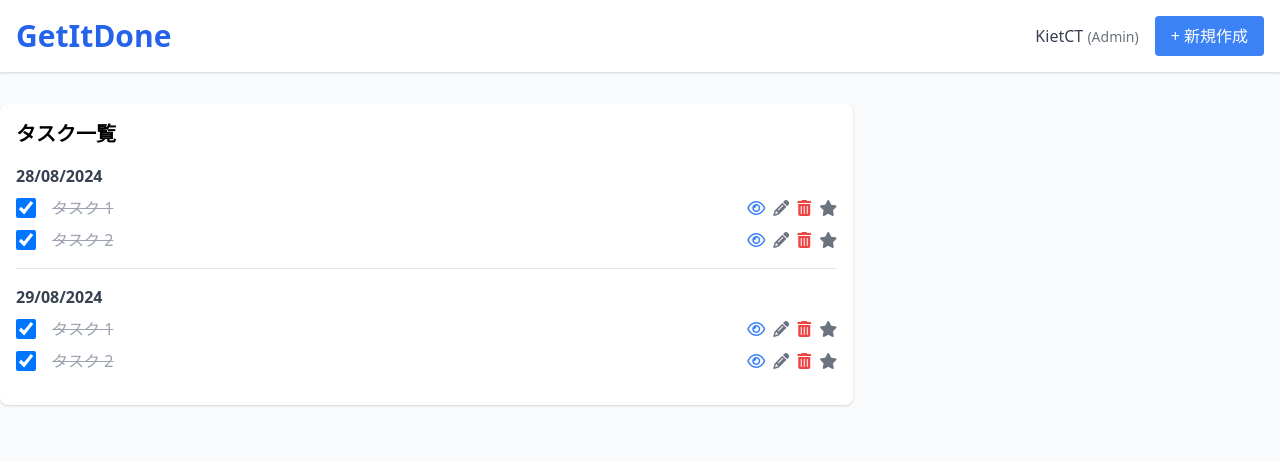
Repository: TuanAnhNguyen723/todolist
Page: mainscreen.html
The author's editor kept a copy of each file at every save. The page is drawn from the files as they stood at one save, then again after the next save.
The browser window is 1280 px wide. The pictures show the whole page.
Some web libraries are served in a nearby version.

Above is the page before, as saved 2024-09-24 21:34:29.

After the next save:
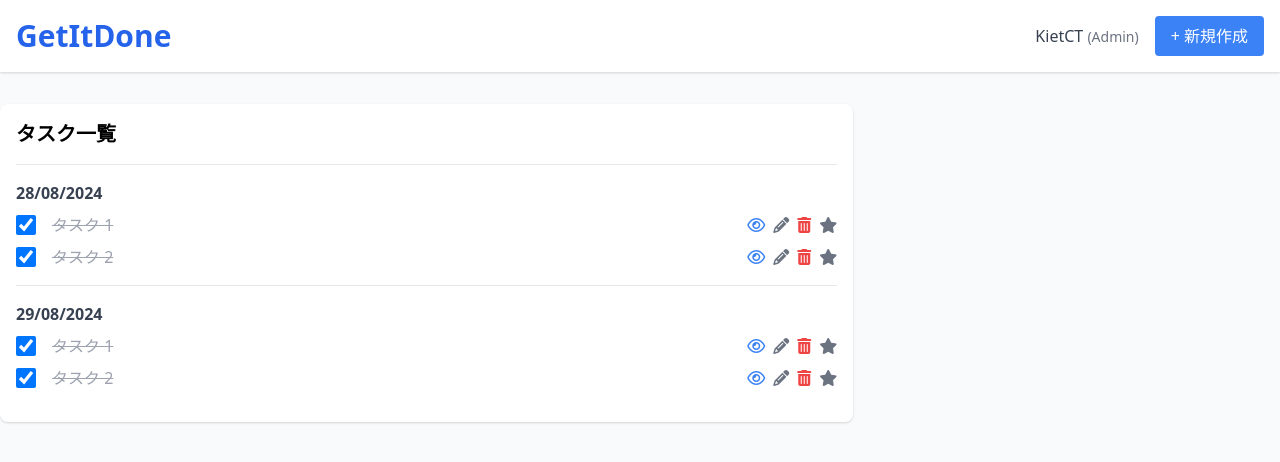
Saved 15 s later.
--- a/mainscreen.html
+++ b/mainscreen.html
@@ -36,7 +36,7 @@
         <div class="w-2/3 bg-white p-4 shadow rounded-lg">
           <h2 class="text-xl font-bold mb-4">タスク一覧</h2>
           <!-- Task Group 1 -->
-          <div class="mb-4">
+          <div class="mb-4 border-t pt-4">
             <h3 class="font-bold text-gray-700">28/08/2024</h3>
 
             <!-- Task 1 -->
